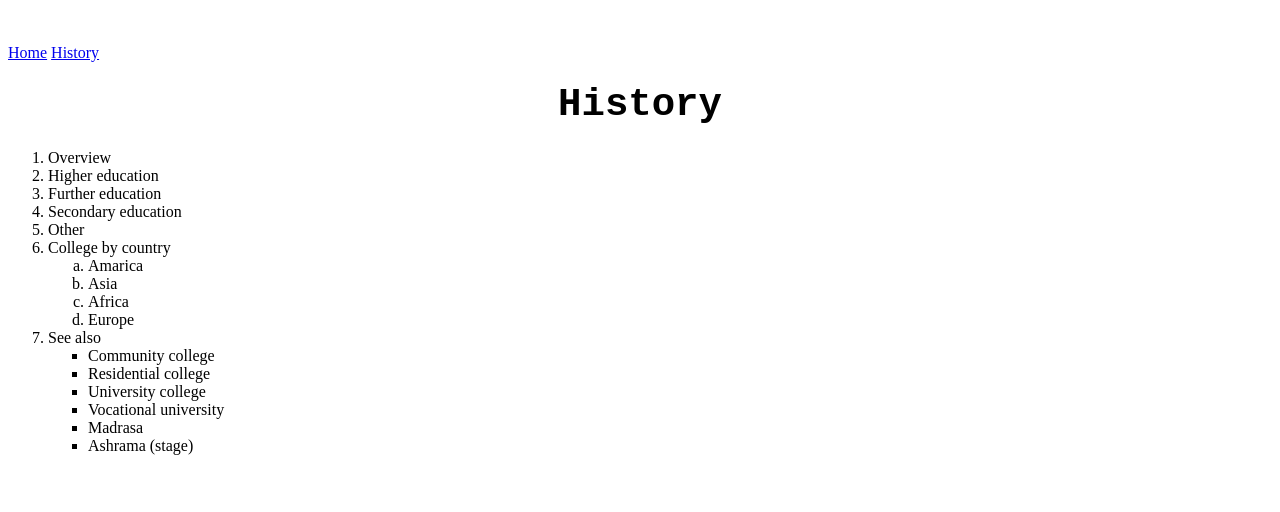
Repository: Haakim19/WebDevelopment
Page: Assignment/history.html
The author's editor kept a copy of each file at every save. The page is drawn from the files as they stood at one save, then again after the next save.
The browser window is 1280 px wide. The pictures show the whole page.

Above is the page before, as saved 2024-10-10 15:32:53.

### Assignment/history.html
<!DOCTYPE html>
<html lang="en">
<head>
    <meta charset="UTF-8">
    <meta name="viewport" content="width=device-width, initial-scale=1.0">
    <title>History</title>
</head>
<body>
    <br><br>
    <a href="Index.html">Home</a>
    <a href="history.html">History</a>
    <center>
        <h1><font face="monospace" size="10px">History</font></h1>
    </center>
    <ol>
        <li>Overview</li>
        <li>Higher education</li>
        <li>Further education</li>
        <li>Secondary education</li>
        <li>Other</li>
        <li>College by country</li>
        <ol type="a">
            <li>Amarica</li>
            <li>Asia</li>
            <li>Africa</li>
            <li>Europe</li>
        </ol>
        <li>See also</li>
        <ul type="square">
            <li>Community college</li>
            <li>Residential college</li>
            <li>University college</li>
            <li>Vocational university</li>
            <li>Madrasa</li>
            <li>Ashrama (stage)</li>
        </ul>
    </ol>
</body>
</html>

After the next save:
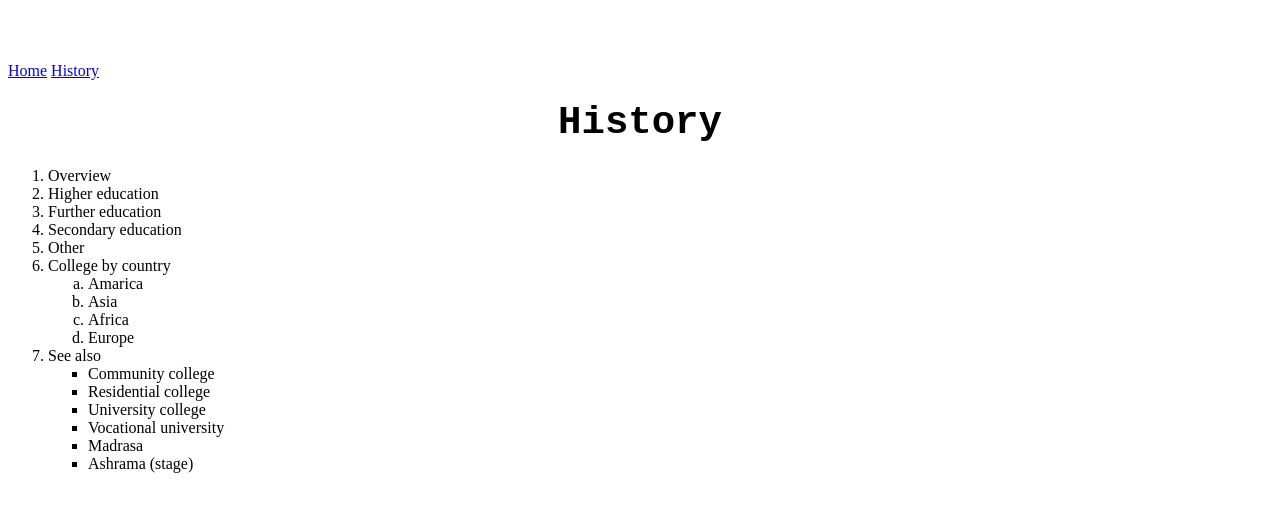
Saved 4 s later.
--- a/Assignment/history.html
+++ b/Assignment/history.html
@@ -6,7 +6,7 @@
     <title>History</title>
 </head>
 <body>
-    <br><br>
+    <br><br><br>
     <a href="Index.html">Home</a>
     <a href="history.html">History</a>
     <center>
